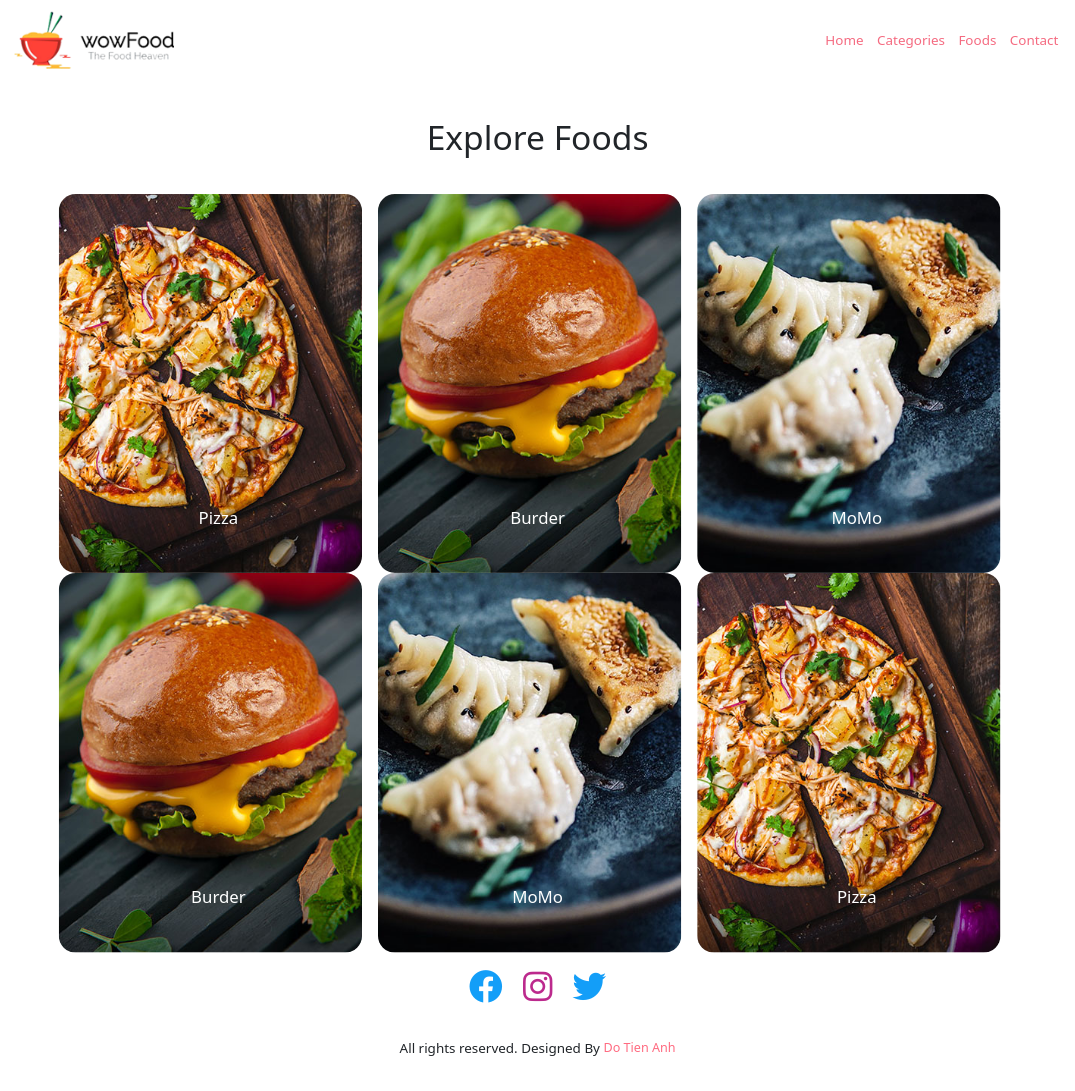
Repository: ruaruababa/RestaurantBS5
Page: http://localhost/html/categories.php
The author's editor kept a copy of each file at every save. The page is drawn from the files as they stood at one save, then again after a run of saves.
The browser window is 1280 px wide. The pictures show the whole page, at 84% of full size.
The page is run by PHP 8.4 with error messages shown; the project is at /var/www/html/.

Above is the page before, as saved 2021-09-26 21:46:26.

After the next 2 saves:
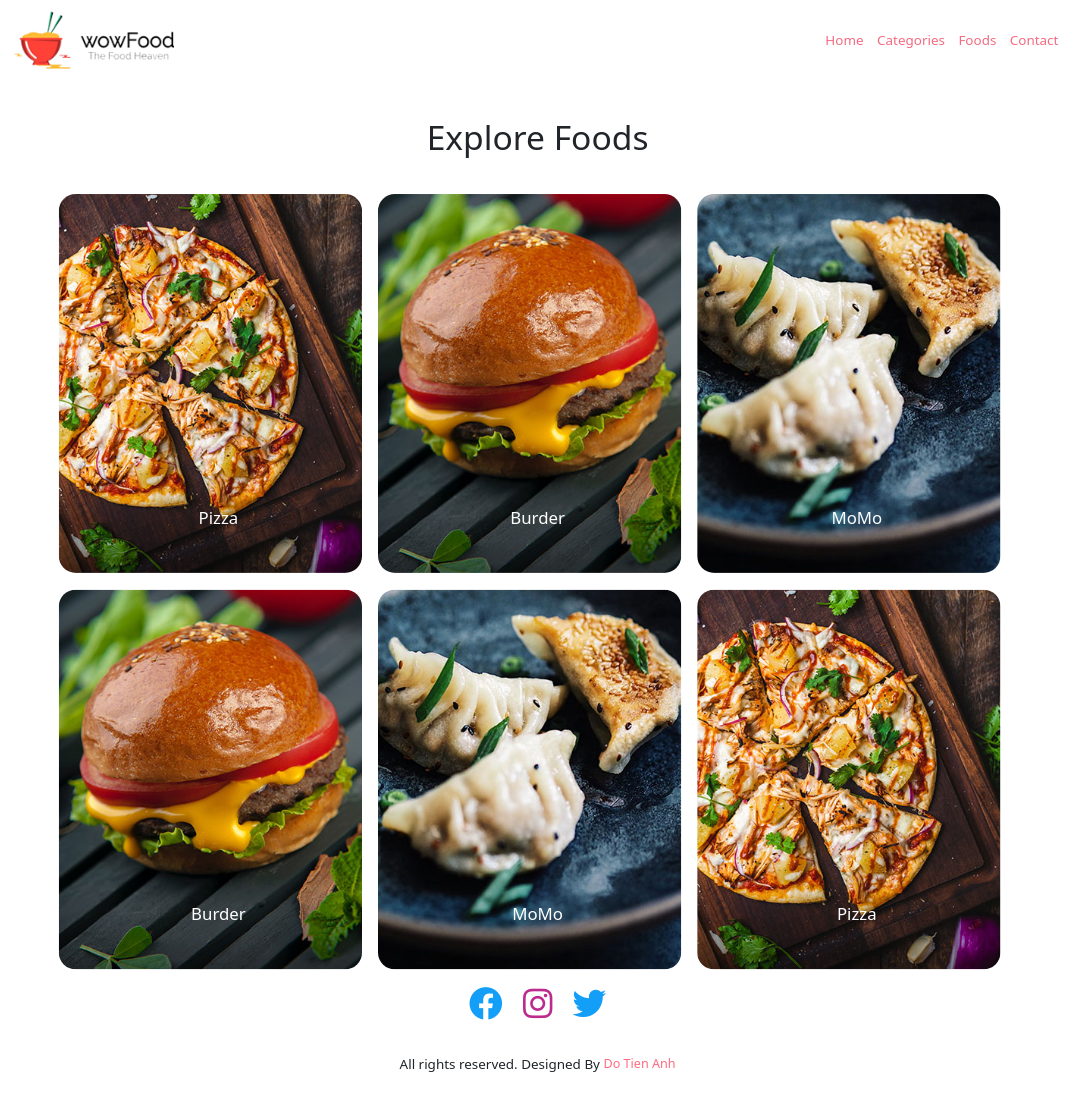
The 2 saves are shown as one change because they came seconds apart.
The last was saved 26 s later.
--- a/html/categories.php
+++ b/html/categories.php
@@ -51,7 +51,7 @@
         <div class="slider__explorefoods">
             <h3 class="slider__heading">Explore Foods</h3>
             <div class="container">
-                <div class="row hover-blur" style="gap-row: 20px;">
+                <div class="row hover-blur" style="row-gap: 20px;">
                     <!-- row1 -->
                     <div class=" col-lg-4 col-md-6 col-6 hover-blur-item">
                         <div class="slider__images-title">
